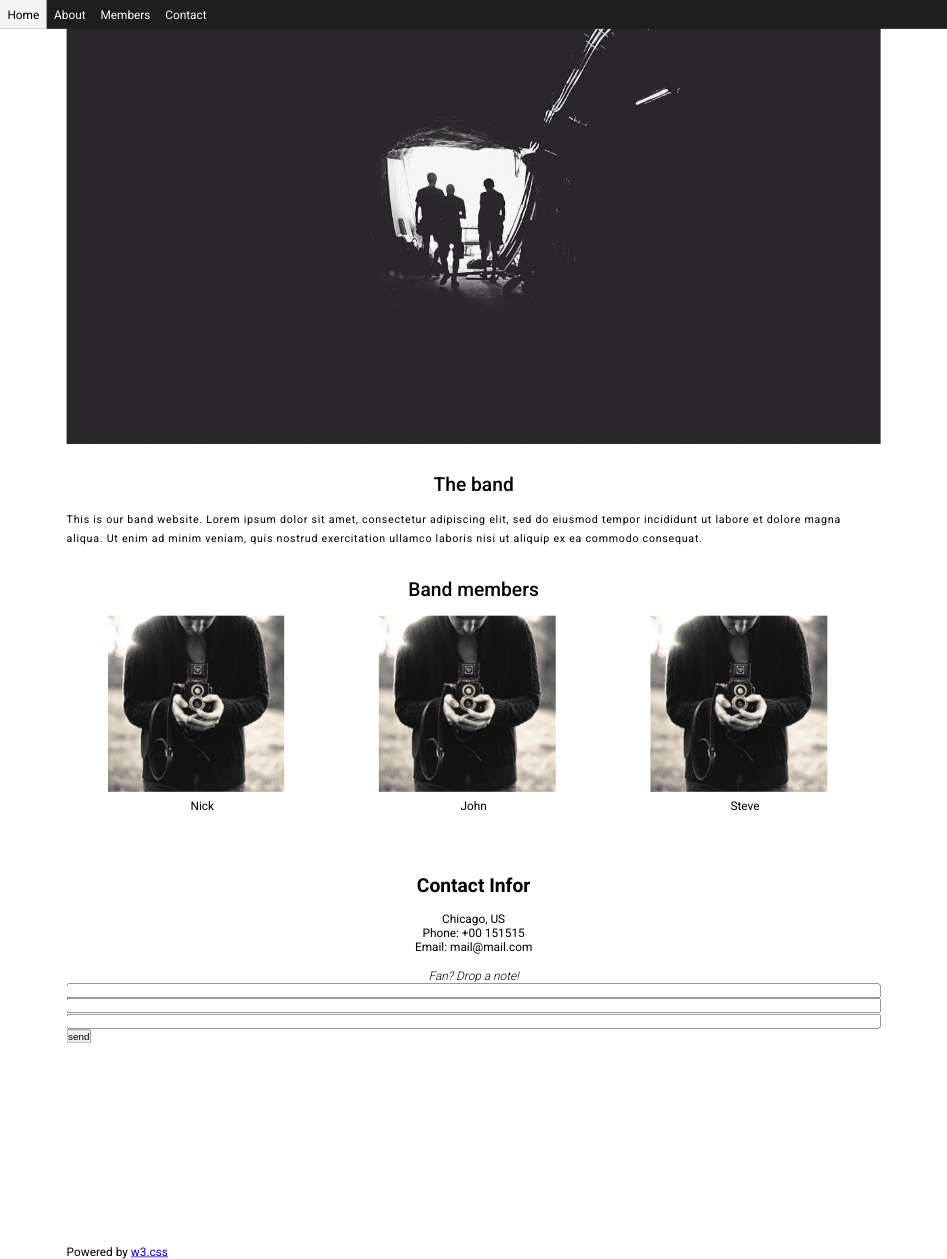
Repository: hieu-22/w3_band_UI
Page: index.html
An editor plug-in stored every save of this project. The page is shown before and after the next save, followed by the edit.
The browser window is 1280 px wide. The pictures show the whole page, at 74% of full size.

Above is the page before, as saved 2022-12-30 10:27:11.

### index.html
<!DOCTYPE html>
<html lang="en">
<head>
    <meta charset="UTF-8">
    <meta http-equiv="X-UA-Compatible" content="IE=edge">
    <meta name="viewport" content="width=device-width, initial-scale=1.0">
    <title>The band - by w3school</title>
    <link rel="stylesheet" href="assets/css/style.css">
    <link rel="preconnect" href="https://fonts.googleapis.com"><link rel="preconnect" href="https://fonts.gstatic.com" crossorigin><link href="https://fonts.googleapis.com/css2?family=Roboto:wght@100;300;400;500;700&display=swap" rel="stylesheet">
</head>
<body>
    <header class="header">
        <nav class="navigation-bar">
            <ul class="navigation-bar__list">
                <li class="navigation-bar__list-item">
                    Home
                </li>
                <li class="navigation-bar__list-item">
                    About
                </li>
                <li class="navigation-bar__list-item">
                    Members
                </li>
                <li class="navigation-bar__list-item">
                    Contact
                </li>
            </ul>
        </nav>
        <div class="banner"></div>
    </header>

    <main class="content">
        <div class="content__about">
            <h2 class="content__about-name">The band</h2>
            <p class="content__about-description"> This is our band website. Lorem ipsum dolor sit amet, consectetur adipiscing elit, sed do eiusmod tempor incididunt ut labore et dolore magna aliqua. Ut enim ad minim veniam, quis nostrud exercitation ullamco laboris nisi ut aliquip ex ea commodo consequat.
            </p>
        </div>
        <!-- end about -->

        <div class="content__members">
            <h2 class="content__members-header">Band members</h2>
            <div class="content__members-container">
                <div class="member">
                    <div class="member__img">
                        <img src="/assets/img/img_bandmember.jpg" alt="band member">
                    </div>
                    <p class="member__name">Nick</p>
                </div>
                <!-- member1 -->
                <div class="member">
                    <div class="member__img">
                        <img src="/assets/img/img_bandmember.jpg" alt="band member">
                    </div>
                    <p class="member__name">John</p>
                </div>
                <!-- member2 -->
                <div class="member">
                    <div class="member__img">
                        <img src="/assets/img/img_bandmember.jpg" alt="band member">
                    </div>
                    <p class="member__name">Steve</p>
                </div>
                <!-- member3 -->
            </div>
        </div>
        <!-- end members -->
        <div class="content__contact-infor">
            <h2 class="contact-infor__header">Contact Infor</h2>
            <address class="contact-infor__address">
                Chicago, US</br>
                Phone: +00 151515</br>
                Email: mail@mail.com
            </address>
            <div class="contact-infor__form">
                <h3 class="contact-infor__form-title">Fan? Drop a note!</h3>
            <form action="#">
                <input type="text">
                <input type="email">
                <input type="text">
                <button>send</button>
            </form>
            </div>
            <div class="contact-infor__banner"></div>
        </div>
    </main>

    <footer>
        <p>Powered by <a href="#">w3.css</a></p>
    </footer>
</body>
</html>

### assets/css/style.css
* {
    box-sizing: border-box;
    padding: 0;
    margin: 0;

}

html {
    font-family: 'Roboto', sans-serif;
    font-size: 16px;
    width: 1100px;
    margin: auto;
}

.header {
    height: 600px;
}

.navigation-bar {
    position: absolute;
    top: 0;
    left: 0;
    width: 100%;
    background-color: rgb(30, 30, 30);
}

.navigation-bar__list {
    display: flex;
    justify-content: flex-start;
    align-items: center;
    border-radius: 2px;
    list-style-type: none;
}

.navigation-bar__list-item {
    padding: 10px;
    color: whitesmoke;
}
.navigation-bar__list-item:hover {
    background-color: whitesmoke;
    color: black;
    cursor: pointer;
}

.banner {
    height: 100%;
    width: auto;
    background-image: url('../img/img_la.jpg');
    background-size: cover;
}
/* main content */
.content__about {
    margin-top: 20px;
}

.content__about-name {
    font-weight: 500;
    text-align: center;
    font-size: 26px;
    padding: 20px 0;
}

.content__about-description {
    letter-spacing: 1px;
    line-height: 26px;
    font-size: 0.9rem;
}
/* end about */

.content__members {
    height: 400px;
    margin-top: 20px;
}
.content__members-header {
    font-weight: 500;
    text-align: center;
    width: 100%;
    padding: 20px 0;
    font-size: 26px;
}
.content__members-container {
    display: flex;
    justify-content: space-around;
}

.member__img {
    height: 80%;
}

.member__img img {
    height: 100%;
}

.member__name {
    text-align: center;
    padding: 10px;
}
/* end member */

.content__contact-infor {
    height: 500px;
    margin-top: 20px;
}

.content__contact-infor .contact-infor__header {
    margin: 20px 0;
    text-align: center;
    font-size: 26px;
}

.content__contact-infor .contact-infor__address {
    margin: 20px 0;
    text-align: center;
    font-style: normal;
}

.content__contact-infor .contact-infor__form-title {
    font-style: italic;
    font-weight: 300;
    font-size: 16px;
    text-align: center;
}

input {
    width: 100%;
    height: 20px;
}

After the next save:
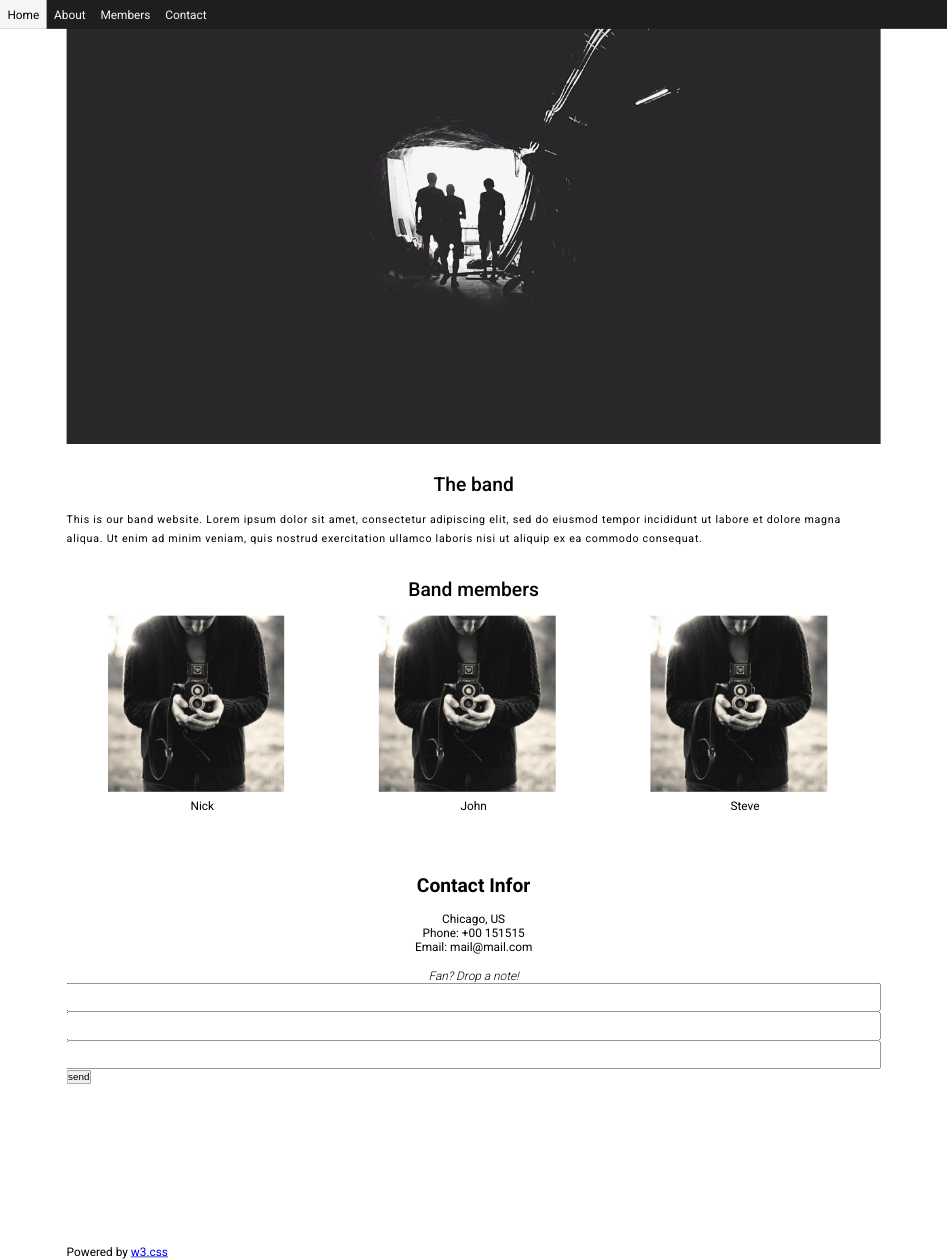
Saved 27 s later.
--- a/assets/css/style.css
+++ b/assets/css/style.css
@@ -123,5 +123,5 @@ html {
 
 input {
     width: 100%;
-    height: 20px;
+    padding: 10px;
 }
